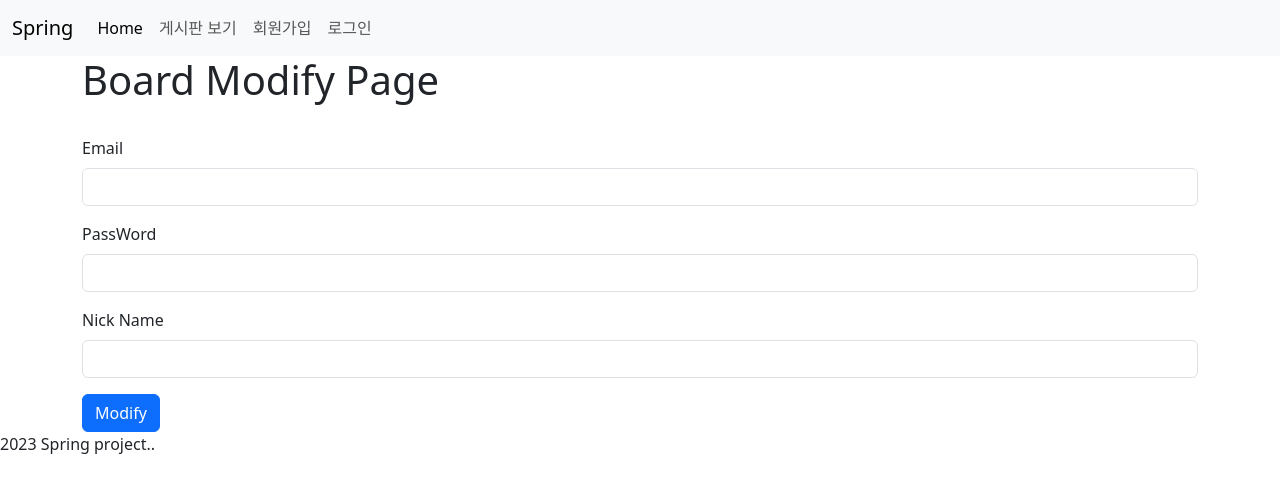
Repository: Skylee-1996/springSelf
Page: http://localhost/spring_test2/WEB-INF/views/member/modify.jsp
An editor plug-in stored every save of this project. The page is shown before and after the next save, followed by the edit.
The browser window is 1280 px wide. The pictures show the whole page.
The page is served by Tomcat 9. Nobody is signed in. The template is opened directly, without the code that normally fills it, so the values that code supplies are empty.

Above is the page before, as saved 2024-01-16 01:32:32.
Console error: TypeError: Cannot read properties of null (reading 'addEventListener')

After the next save:
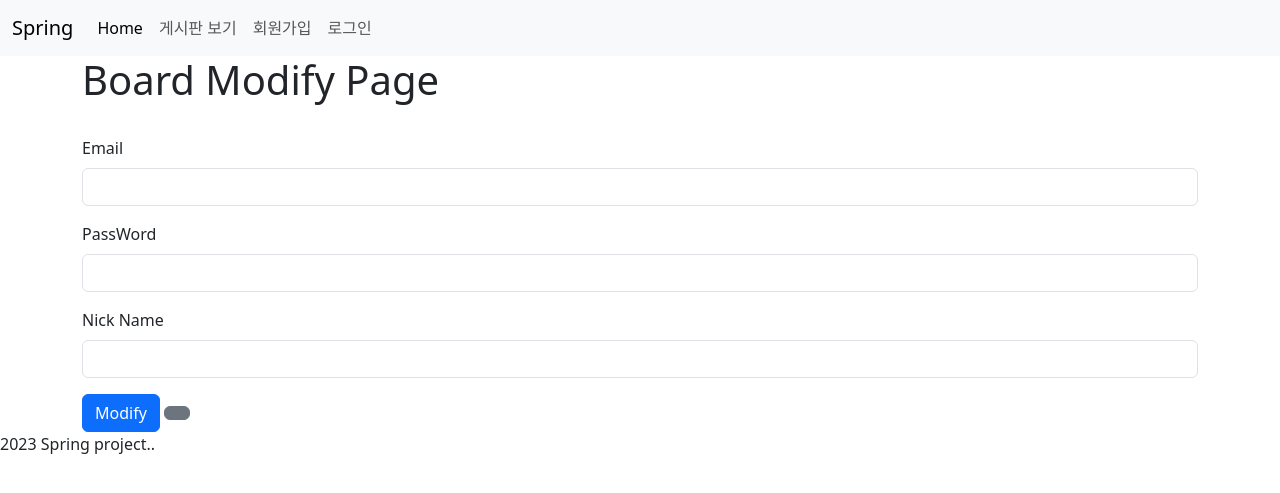
Saved 34 min 33 s later.
--- a/spring_test2/src/main/webapp/WEB-INF/views/member/modify.jsp
+++ b/spring_test2/src/main/webapp/WEB-INF/views/member/modify.jsp
@@ -32,6 +32,7 @@
 </ul>
 
 <button type="submit" class="btn btn-primary" id="modBtn">Modify</button>
+<button type="button" class="btn btn-secondary"> </button>
 </form>
 </div>
 <jsp:include page="../layout/footer.jsp"></jsp:include>
